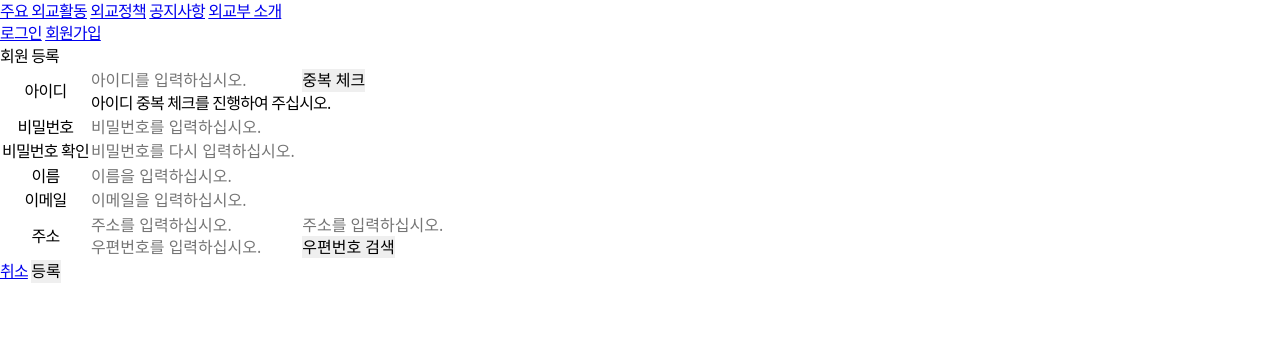
Repository: dllgkdud/pro07
Page: http://localhost/pro07/WEB-INF/views/users/add.jsp
An editor plug-in stored every save of this project. The page is shown before and after the next save, followed by the edit.
The browser window is 1280 px wide. The pictures show the whole page.
Some web fonts or font styles are not loaded; a fallback is used. Some web libraries are served in a nearby version. The page is served by Tomcat 9. Nobody is signed in. The template is opened directly, without the code that normally fills it, so the values that code supplies are empty.

Above is the page before, as saved 2022-12-30 05:23:22.

After the next save:
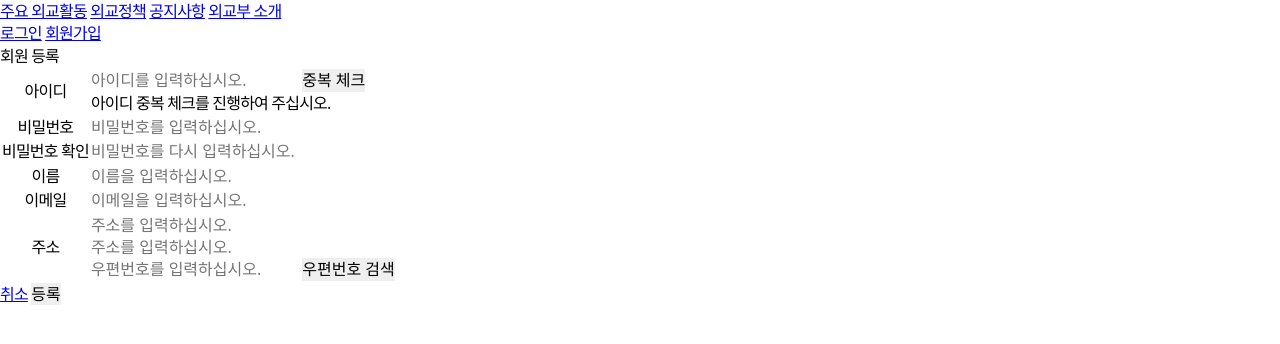
Saved 11 min 15 s later.
--- a/pro07/src/main/webapp/WEB-INF/views/users/add.jsp
+++ b/pro07/src/main/webapp/WEB-INF/views/users/add.jsp
@@ -47,7 +47,7 @@
 			<tr>
 				<th>주소</th>
 				<td>
-					<input type="text" name="address" id="address" placeholder="주소를 입력하십시오." required>
+					<input type="text" name="address" id="address" placeholder="주소를 입력하십시오." required><br>
 					<input type="text" name="address2" id="address2" placeholder="주소를 입력하십시오." required><br>
 					<input type="text" name="postcode" id="postcode" placeholder="우편번호를 입력하십시오." required>
 					<button id="button" onclick="findAddr()" class="button">우편번호 검색</button>
